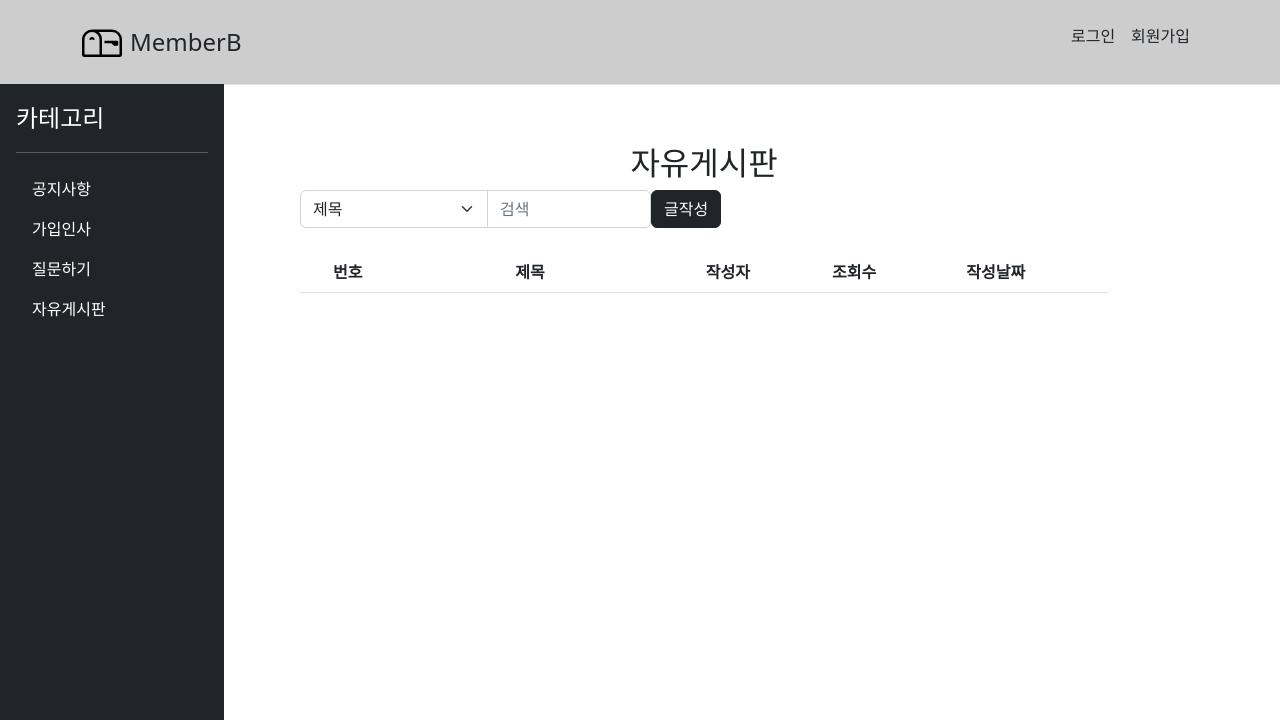
Repository: charmErin/board_220915
Page: http://localhost/board/WEB-INF/views/board/list.jsp
These files come from the project's save history. The page is drawn as it stood at one moment and after the next save; the edit follows.
The browser window is 1280 px wide. The pictures show the whole page.
The page is served by Tomcat 9. Nobody is signed in. Other server files are loaded and not shown. The template is opened directly, without the code that normally fills it, so the values that code supplies are empty.

Above is the page before, as saved 2022-09-16 08:38:21.

### board/src/main/webapp/WEB-INF/views/board/list.jsp
<%@ page language="java" contentType="text/html; charset=UTF-8"
    pageEncoding="UTF-8"%>
<%@ taglib uri="http://java.sun.com/jsp/jstl/core" prefix="c" %>
<%@ taglib prefix="fmt" uri="http://java.sun.com/jsp/jstl/fmt" %>
<!DOCTYPE html>
<html>
<head>
<meta charset="UTF-8">
<title>Insert title here</title>
<style>
	.body-content {
		margin-top: 9rem;
		margin-left: 15rem;
		padding-left: 3rem;
		padding-right: 10rem;
	}

	h2 {
		text-align: center;
	}

	a {
		text-decoration: none !important;
		color: #000 !important;
	}

	td a:hover {
		color: dodgerblue !important;
		cursor: pointer;
	}

	th {
		text-align: center !important;
	}

	td:not(:nth-child(2)) {
		text-align: center !important;
	}
</style>
</head>
<body>
	<%@include file ="../layout/header.jsp" %>
	<div class="body-content">
	<div class="container my-4">
		<c:choose>
			<c:when test="${category eq 1}">
				<h2>공지사항</h2>
			</c:when>
			<c:when test="${category eq 2}">
				<h2>가입인사</h2>
			</c:when>
			<c:when test="${category eq 3}">
				<h2>질문하기</h2>
			</c:when>
			<c:otherwise>
				<h2>자유게시판</h2>
			</c:otherwise>
		</c:choose>


		<ul class="nav">
			<li class="nav-item">
			<form class="col-md-auto" action="/board/search" method="get">
				<div class="input-group">
					<select class="form-select" name="searchType">
						<option value="boardTitle">제목</option>
						<option value="boardWriter">작성자</option>
						<option value="boardContetns">내용</option>
					</select>
					<input class="form-control col-2" type="text" name="q" placeholder="검색" aria-label="Search">
				</div>
			</form>
			</li>
			<li class="nav-item">
			<div class="d-grid gap-2 d-md-flex justify-content-md-end mb-4">
				<button onclick="boardSave()" class="btn btn-dark">글작성</button>
			</div>
			</li>
		</ul>


		<table class="table table-hover">
			<tr>
				<th scope="row">번호</th>
				<th scope="row" class="col-4">제목</th>
				<th scope="row">작성자</th>
				<th scope="row">조회수</th>
				<th scope="row">작성날짜</th>
				<th></th>
			</tr>
			<c:forEach var="board" items="${boardList}">
				<tr>
					<td>${board.id}</td>
					<td>
						<a href="/board/detail/${board.id}">${board.boardTitle}</a>
						<c:if test="${board.boardFileName ne null}"><img src="#" alt=""/></c:if>
					</td>
					<td>${board.boardWriter}</td>
					<td>${board.boardHits}</td>
					<td><fmt:formatDate pattern="yyyy-MM-dd" value="${board.createdTime}"></fmt:formatDate></td>
					<td></td>
				</tr>
			</c:forEach>
		</table>
	</div>





	</div>
</body>
<script>
	const boardSave = () => {
		location.href = "/board/save-form";
	}
</script>
</html>

### board/src/main/webapp/WEB-INF/views/layout/header.jsp
<%@ page language="java" contentType="text/html; charset=UTF-8"
    pageEncoding="UTF-8"%>
<%@ taglib uri="http://java.sun.com/jsp/jstl/core" prefix="c" %>
<%@ taglib prefix="fmt" uri="http://java.sun.com/jsp/jstl/fmt" %>
<!DOCTYPE html>
<html>
<head>
<meta charset="UTF-8">
<link href="https://cdn.jsdelivr.net/npm/bootstrap@5.2.1/dist/css/bootstrap.min.css" rel="stylesheet" integrity="sha384-iYQeCzEYFbKjA/T2uDLTpkwGzCiq6soy8tYaI1GyVh/UjpbCx/TYkiZhlZB6+fzT" crossorigin="anonymous">
<title>Insert title here</title>
<style>
	header {
		background: #CDCDCD;
	}

	.side-bar {
		width: 14rem;
		height: 100%;
		margin-top: 1rem;
		position: fixed;
		display: inline !important;
	}
</style>
</head>
<body>
	<header class="py-3 border-bottom header-fix fixed-top">
		<div class="container d-flex flex-wrap justify-content-center">
			<a href="/" class="d-flex align-items-center mb-3 mb-lg-0 me-lg-auto text-dark text-decoration-none">
				<img src="../../../resources/svg/mailbox.svg" width="40" height="40">
				<span class="fs-4 m-2">
					MemberB
				</span>
			</a>

			<div>
				<c:choose>
					<c:when test="${sessionScope.id == null}">
						<ul class="nav">
							<li class="nav-item">
								<a href="/member/login-form" class="nav-link link-dark px-2">로그인</a>
							</li>
							<li class="nav-item">
								<a href="/member/save-form" class="nav-link link-dark px-2">회원가입</a>
							</li>
						</ul>
					</c:when>
					<c:otherwise>
						<ul class="nav">
							<li class="nav-item">
								<a href="/member/detail/${sessionScope.id}" class="nav-link link-dark px-2">${sessionScope.memberName}</a>
							</li>
							<c:if test="${sessionScope.loginId eq 'admin'}">
								<li class="nav-item">
									<a href="/member/findAll" class="nav-link link-dark px-2">회원목록</a>
								</li>
							</c:if>
							<li class="nav-item">
								<a href="/member/logout" class="nav-link link-dark px-2">로그아웃</a>
							</li>
						</ul>
					</c:otherwise>
				</c:choose>
			</div>
		</div>
		<div class="d-flex flex-column flex-shrink-0 p-3 text-bg-dark side-bar">
			<span class="fs-4">카테고리</span>
			<hr>
			<ul class="nav nav-pills flex-column mb-auto">
				<li class="nav-item">
					<a href="/board/1" class="nav-link text-white">공지사항</a>
				</li>
				<li>
					<a href="/board/2" class="nav-link text-white">가입인사</a>
				</li>
				<li>
					<a href="/board/3" class="nav-link text-white">질문하기</a>
				</li>
				<li>
					<a href="/board/4" class="nav-link text-white">자유게시판</a>
				</li>
			</ul>
		</div>
	</header>
</body>
</html>

### board/src/main/webapp/resources/svg/mailbox.svg
<svg xmlns="http://www.w3.org/2000/svg" width="16" height="16" fill="currentColor" class="bi bi-mailbox" viewBox="0 0 16 16">
  <path d="M4 4a3 3 0 0 0-3 3v6h6V7a3 3 0 0 0-3-3zm0-1h8a4 4 0 0 1 4 4v6a1 1 0 0 1-1 1H1a1 1 0 0 1-1-1V7a4 4 0 0 1 4-4zm2.646 1A3.99 3.99 0 0 1 8 7v6h7V7a3 3 0 0 0-3-3H6.646z"/>
  <path d="M11.793 8.5H9v-1h5a.5.5 0 0 1 .5.5v1a.5.5 0 0 1-.5.5h-1a.5.5 0 0 1-.354-.146l-.853-.854zM5 7c0 .552-.448 0-1 0s-1 .552-1 0a1 1 0 0 1 2 0z"/>
</svg>

After the next save:
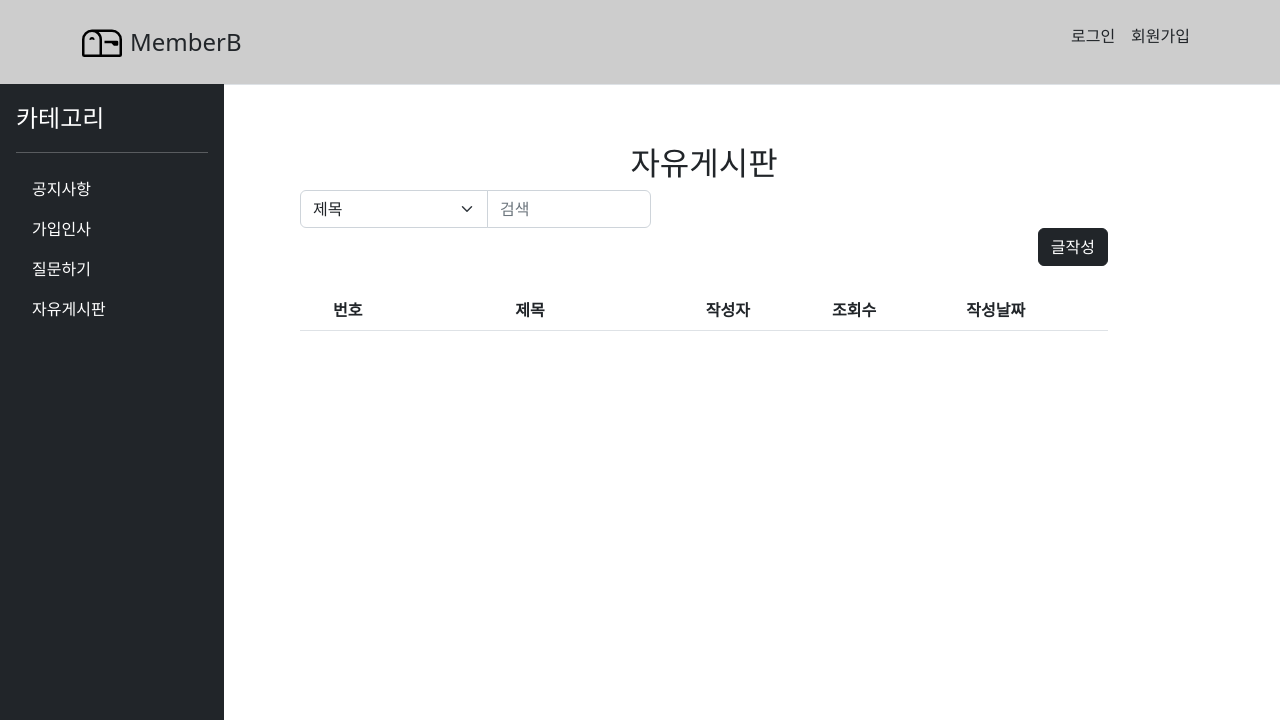
Saved 39 s later.
--- a/board/src/main/webapp/WEB-INF/views/board/list.jsp
+++ b/board/src/main/webapp/WEB-INF/views/board/list.jsp
@@ -71,12 +71,11 @@
 				</div>
 			</form>
 			</li>
-			<li class="nav-item">
+		</ul>
 			<div class="d-grid gap-2 d-md-flex justify-content-md-end mb-4">
 				<button onclick="boardSave()" class="btn btn-dark">글작성</button>
 			</div>
-			</li>
-		</ul>
+
 
 
 		<table class="table table-hover">
